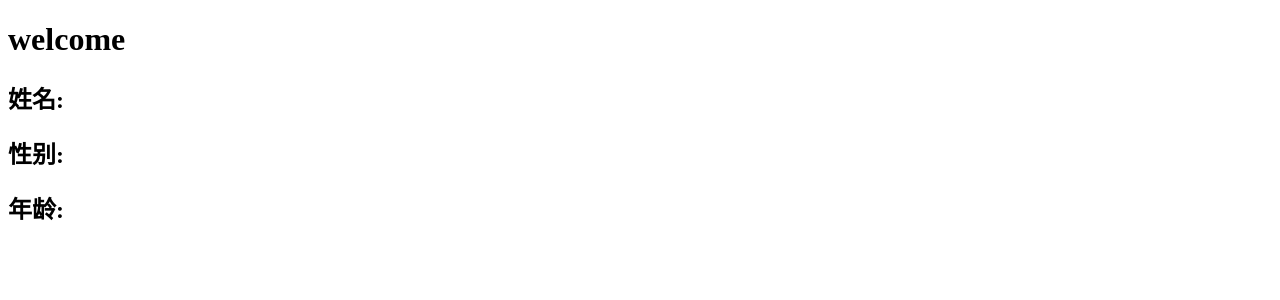
Repository: 319226862/wyy
Page: / (app in vue_test/)
The author's editor kept a copy of each file at every save. The page is drawn from the files as they stood at one save, then again after the next save.
The browser window is 1280 px wide. The pictures show the whole page.
The project was rebuilt for these pictures with package versions that can differ from the ones it lists, and the page was loaded fresh each time. Also part of the build but not shown: vue_test/vue.config.js.

Above is the page before, as saved 2023-06-19 15:06:31.

After the next save:
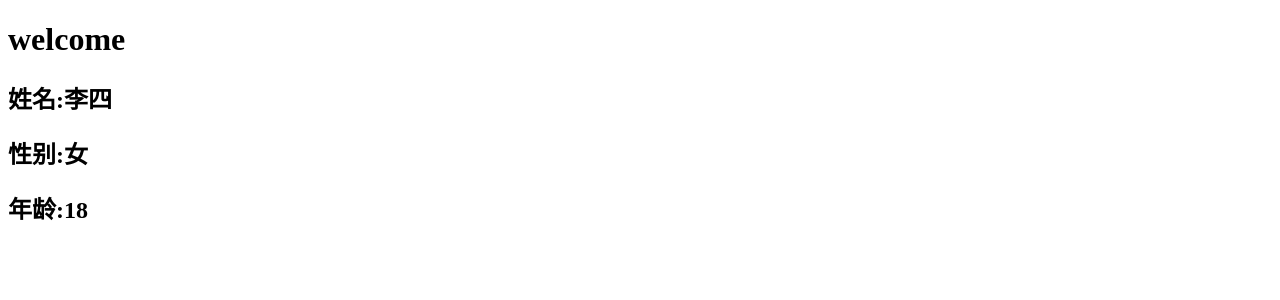
Saved 2 s later.
--- a/vue_test/src/App.vue
+++ b/vue_test/src/App.vue
@@ -1,6 +1,6 @@
 <template>
   <div>
-    <School/>
+    <School name="李四" sex="女" age="18"/>
   </div>
 </template>
 
